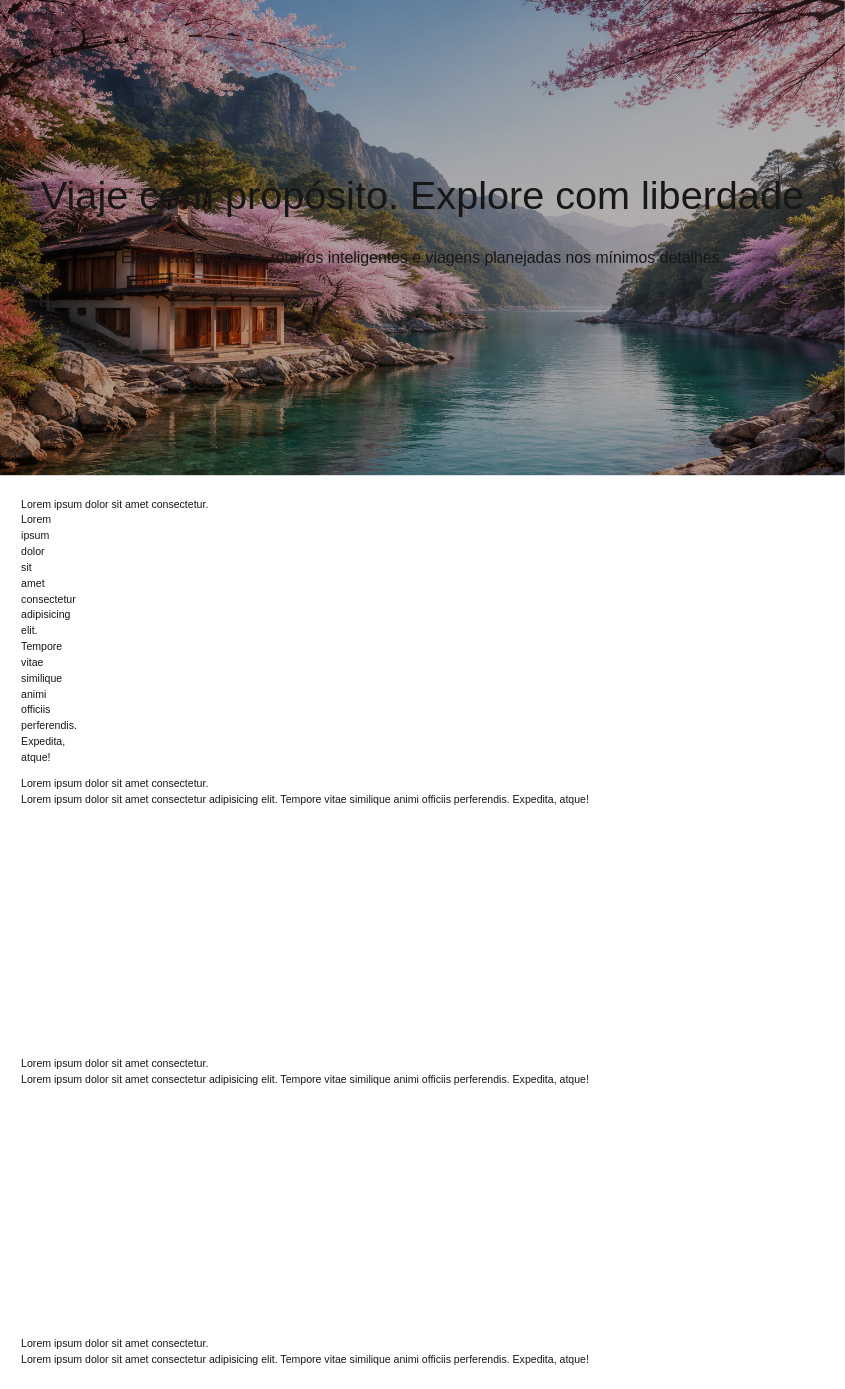
Repository: pedroantoniosi/tripicon-site
Page: /home
The author's editor kept a copy of each file at every save. The page is drawn from the files as they stood at one save, then again after the next save.
The browser window is 1280 px wide. The pictures show the whole page, at 66% of full size.
The project was rebuilt for these pictures with package versions that can differ from the ones it lists, and the page was loaded fresh each time. The framework's server and built-in components were replaced by stand-ins that run in the browser. Also part of the build but not shown: next.config.ts.

Above is the page before, as saved 2026-03-31 20:38:58.

After the next save:
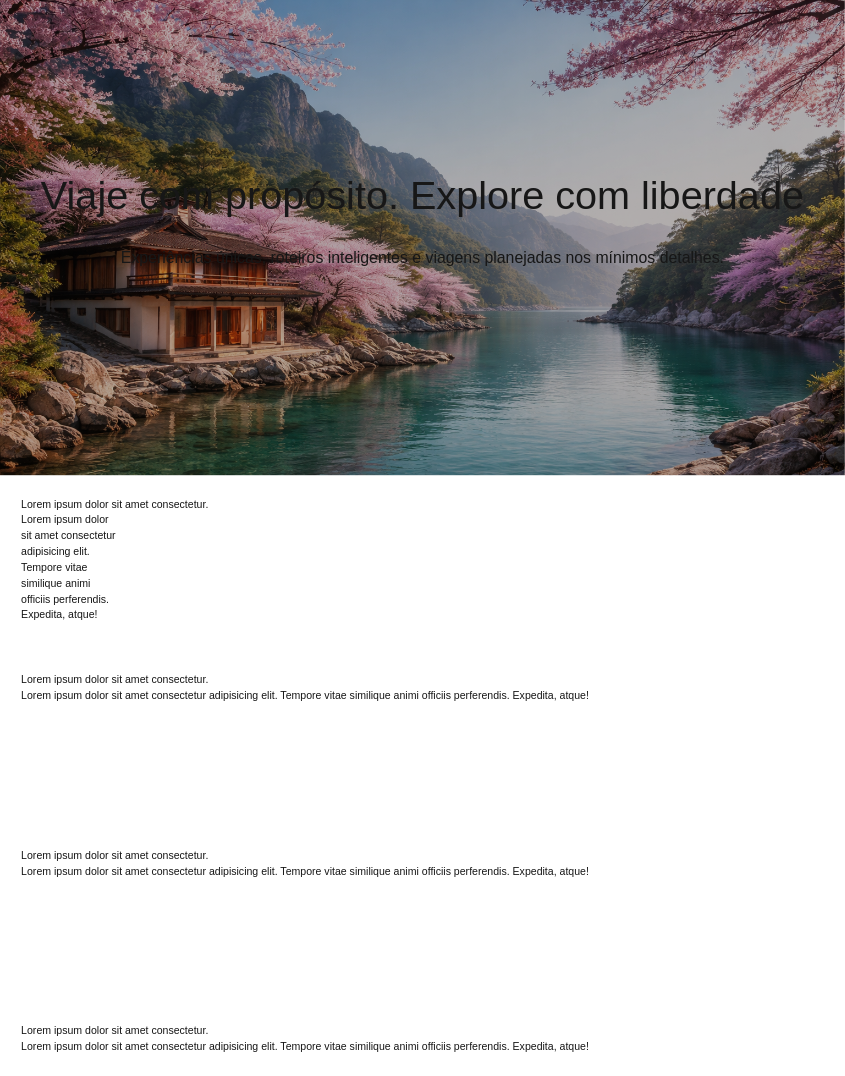
Saved 15 s later.
--- a/src/app/home/page.tsx
+++ b/src/app/home/page.tsx
@@ -20,7 +20,7 @@ export default function Home() {
           <img src="" alt="" />
           <div className="caption">
             <h2>Lorem ipsum dolor sit amet consectetur.</h2>
-            <p className="max-w-[50px]">
+            <p className="max-w-[150px]">
               Lorem ipsum dolor sit amet consectetur adipisicing elit. Tempore
               vitae similique animi officiis perferendis. Expedita, atque!
             </p>
